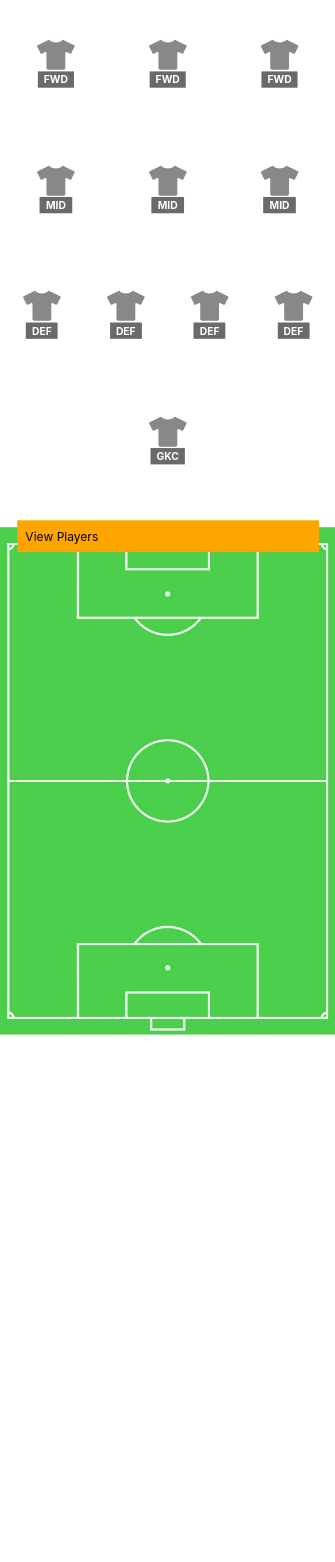
Repository: JavaidAhmadKhan/UEFA
Screen: /
The author's editor kept a copy of each file at every save. The screen is drawn from the files as they stood at one save, then again after a run of saves.
The pictures are shown at 86% of full size.
The app was drawn by React Native's web renderer in a window 390 px wide. The project was rebuilt for these pictures with package versions that can differ from the ones it lists, and the page was loaded fresh each time. Some packages were replaced by stand-ins written for this rebuild.

Above is the screen before, as saved 2021-07-07 11:38:27.

After the next 2 saves:
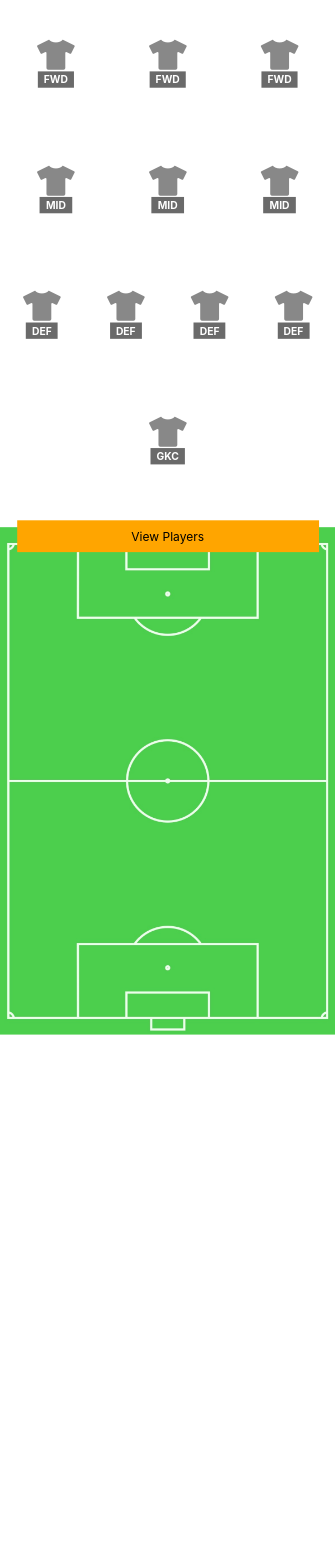
The 2 saves are shown as one change because they came seconds apart.
The last was saved 11 s later.
--- a/screens/TabOneScreen.tsx
+++ b/screens/TabOneScreen.tsx
@@ -19,7 +19,13 @@ export default function TabOneScreen() {
       <Field />
       <Pressable
         onPress={viewPlayers}
-        style={{ backgroundColor: "orange", width: "90%", margin :20, padding: 10 }}
+        style={{
+          backgroundColor: "orange",
+          width: "90%",
+          margin: 20,
+          padding: 10,
+          alignItems: "center",
+        }}
       >
         <Text>View Players</Text>
       </Pressable>
